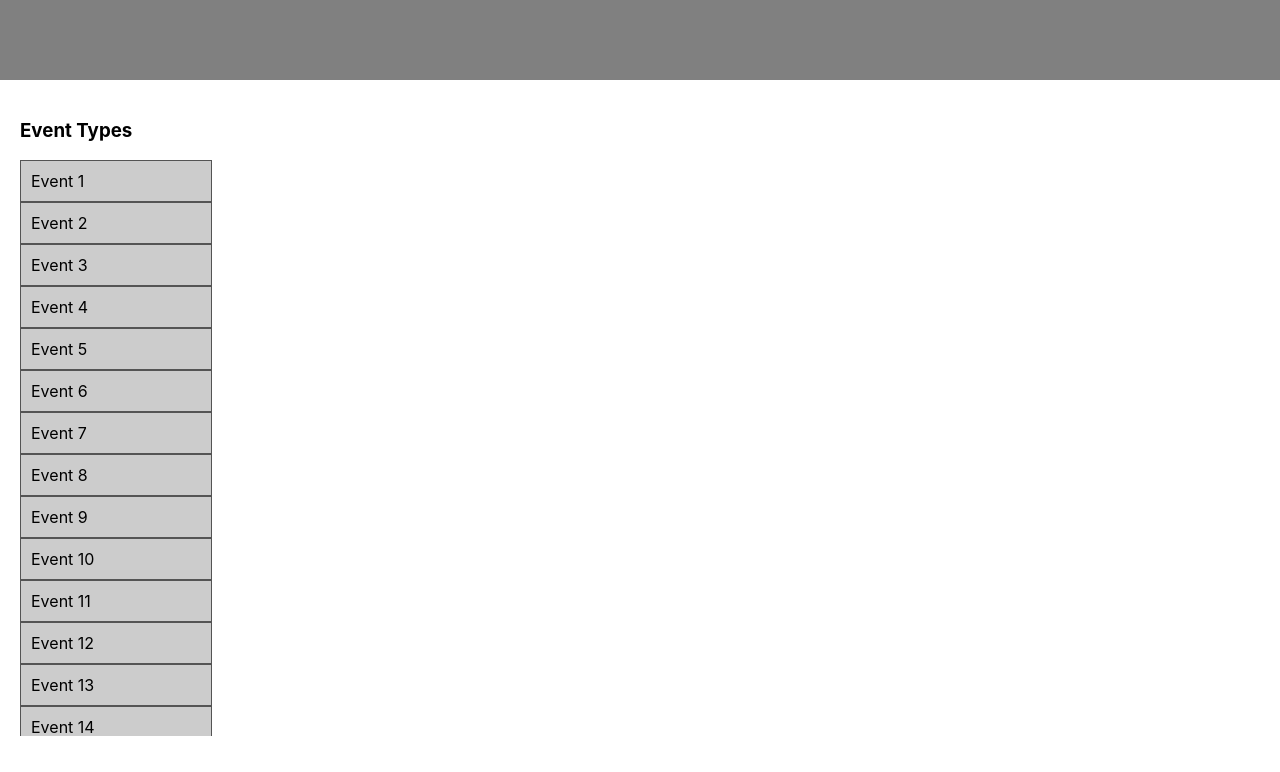
Repository: TauqeerHusain/Assignment
Page: /
An editor plug-in stored every save of this project. The page is shown before and after the next save, followed by the edit.
The browser window is 1280 px wide. The pictures show the whole page.
The project was rebuilt for these pictures with package versions that can differ from the ones it lists, and the page was loaded fresh each time.

Above is the page before, as saved 2023-02-07 11:09:11.

After the next save:
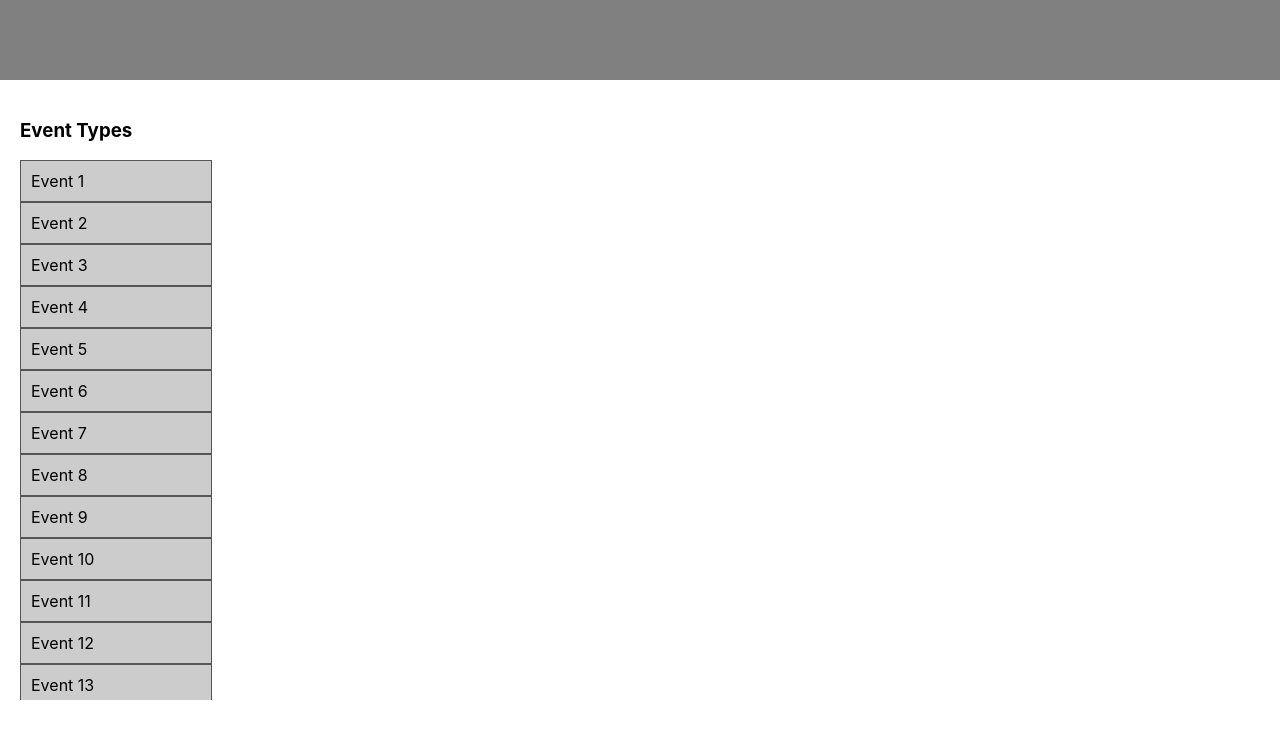
Saved 11 s later.
--- a/src/App.js
+++ b/src/App.js
@@ -533,7 +533,7 @@ const App = () => {
               listStyleType: "none",
               padding: 0,
               overflowY: "scroll",
-              height: "80vh",
+              height: "75vh",
             }}
           >
             {events.map((event) => (
